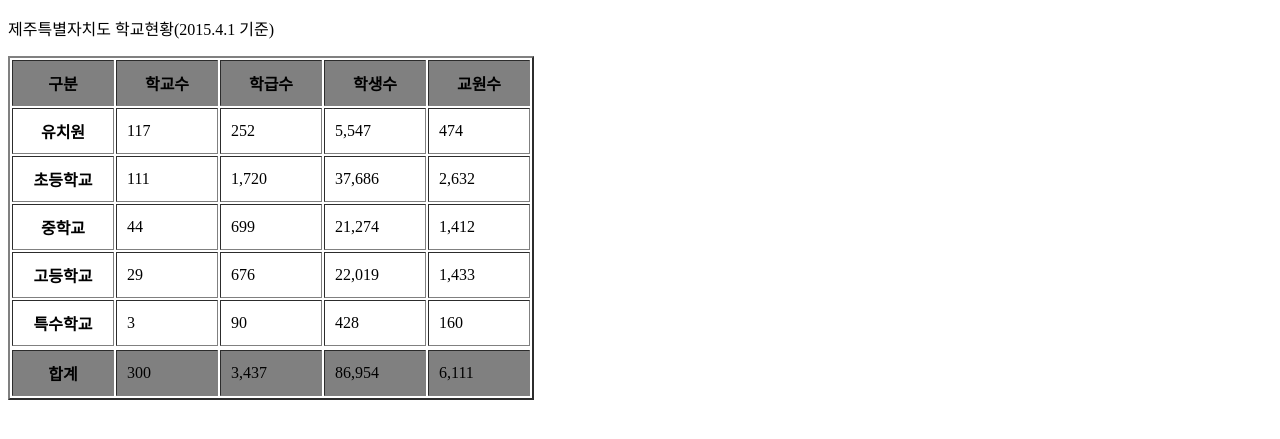
Repository: seulhwangbo/SeulJSP
Page: jspSrc17/webStandard01/src/main/webapp/02/table06.html
These files come from the project's save history. The page is drawn as it stood at one moment and after the next save; the edit follows.
The browser window is 1280 px wide. The pictures show the whole page.

Above is the page before, as saved 2024-06-13 06:49:58.

### jspSrc17/webStandard01/src/main/webapp/02/table06.html
<!DOCTYPE html>
<html>
<head>
<meta charset="UTF-8">
<style type="text/css">
td, th {
	padding: 10px;
	width: 80px;
}

td {
	text-decoration: strong;
	padding: 10px;
}

thead,tfoot {
	background-color: gray;
}
</style>
<title>Insert title here</title>
</head>
<body>
	<caption>
		<p>제주특별자치도 학교현황(2015.4.1 기준)</p>
	</caption>
	<table border="2">
		<thead>
			<tr>
				<th>구분</th>
				<th>학교수</th>
				<th>학급수</th>
				<th>학생수</th>
				<th>교원수</th>
			</tr>
		</thead>
		<tr>
			<th>유치원</th>
			<td>117</td>
			<td>252</td>
			<td>5,547</td>
			<td>474</td>
		</tr>
		<tr>
			<th>초등학교</th>
			<td>111</td>
			<td>1,720</td>
			<td>37,686</td>
			<td>2,632</td>
		</tr>
		<tr>
			<th>중학교</th>
			<td>44</td>
			<td>699</td>
			<td>21,274</td>
			<td>1,412</td>
		</tr>
		<tr>
			<th>고등학교</th>
			<td>29</td>
			<td>676</td>
			<td>22,019</td>
			<td>1,433</td>
		</tr>
		<tr>
			<th>특수학교</th>
			<td>3</td>
			<td>90</td>
			<td>428</td>
			<td>160</td>
		</tr>
		<tr>
		<tfoot>
			<th>합계</th>
			<td>300</td>
			<td>3,437</td>
			<td>86,954</td>
			<td>6,111</td>
		</tfoot>
		</tr>
	</table>
</body>
</html>

After the next save:
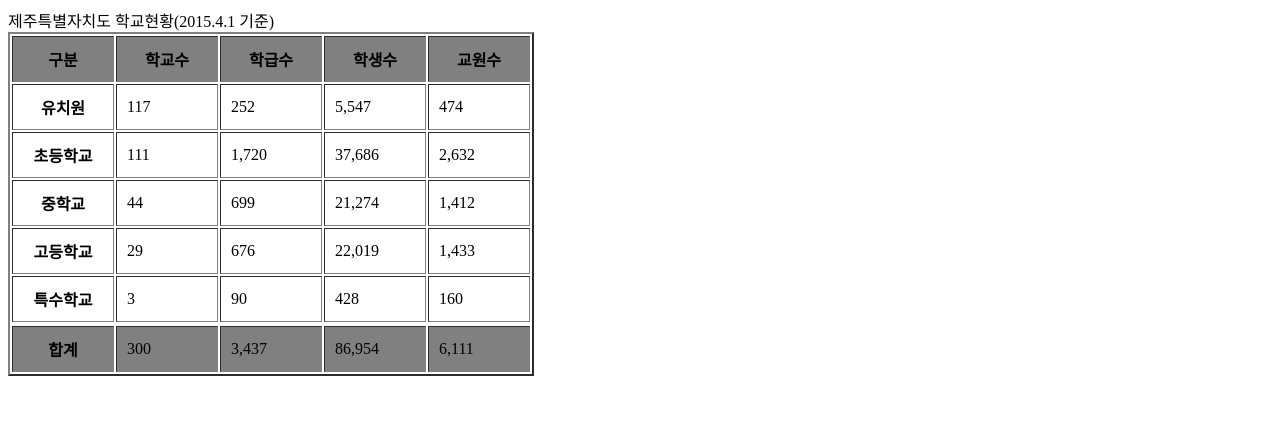
Saved 15 s later.
--- a/jspSrc17/webStandard01/src/main/webapp/02/table06.html
+++ b/jspSrc17/webStandard01/src/main/webapp/02/table06.html
@@ -21,7 +21,7 @@ thead,tfoot {
 </head>
 <body>
 	<caption>
-		<p>제주특별자치도 학교현황(2015.4.1 기준)</p>
+		제주특별자치도 학교현황(2015.4.1 기준)
 	</caption>
 	<table border="2">
 		<thead>
